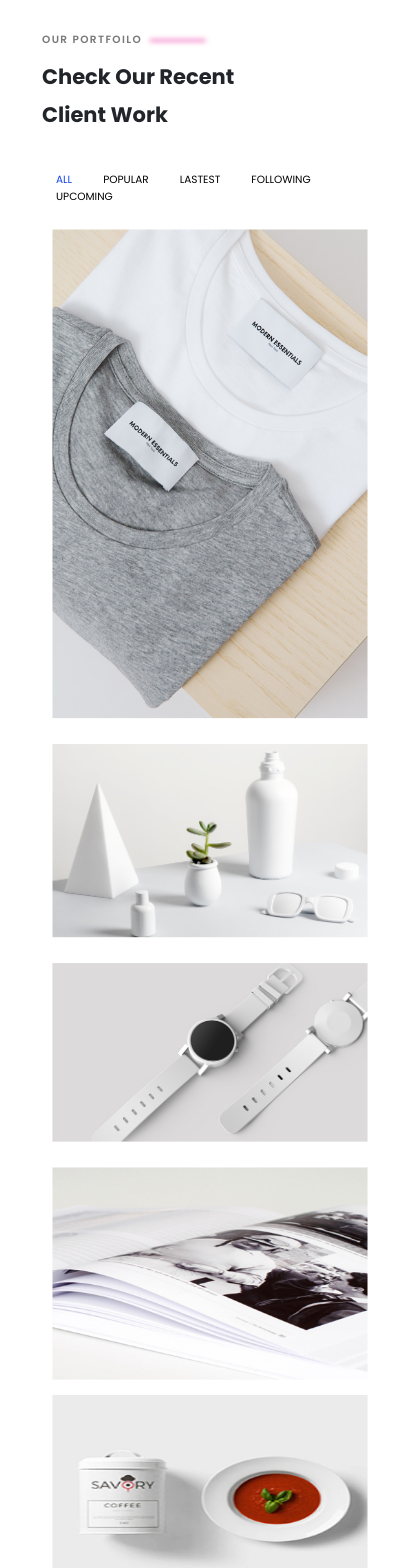
Repository: whoami2991/Sardorbek-Portfolio---Home
Page: index.html
An editor plug-in stored every save of this project. The page is shown before and after the next save, followed by the edit.
The browser window is 600 px wide. The pictures show the part of the page from y = 3857 to 6097 px (the page is 9416 px tall before and 9391 px after), at 70% of full size.

Above is the page before, as saved 2024-08-04 18:13:04.

After the next save:
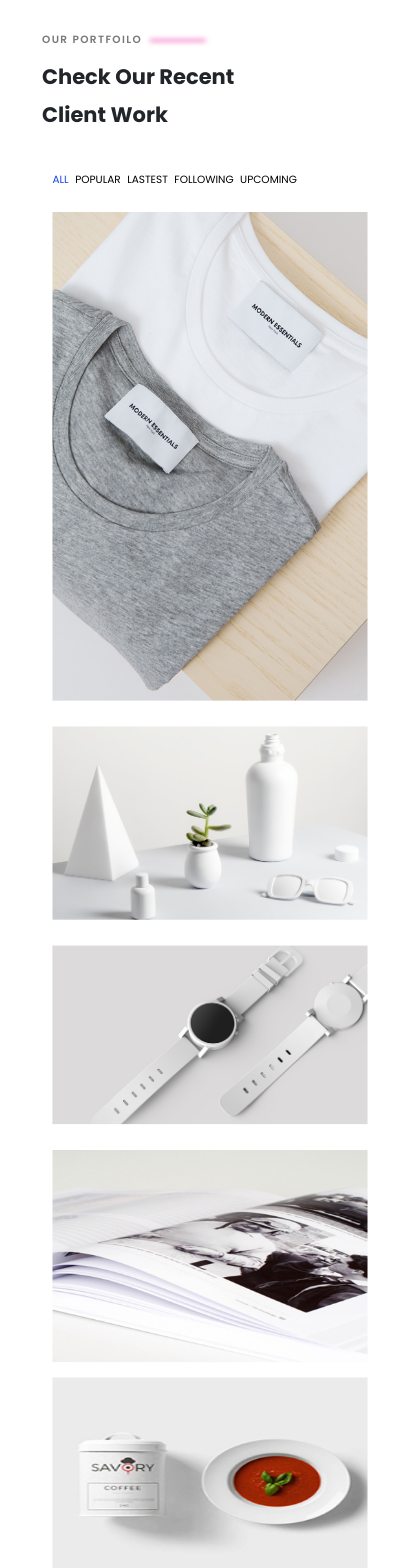
Saved 79 s later.
--- a/styles.css
+++ b/styles.css
@@ -512,7 +512,7 @@
     .portfolio-item_image4, .portfolio-item_image5{
         width: 100%;
     }
-    .portfolio-filters{
-        margin-left: 5px;
-    }
-}
+    .portfolio-filters li{
+        margin-right: 5px;
+    }
+}
